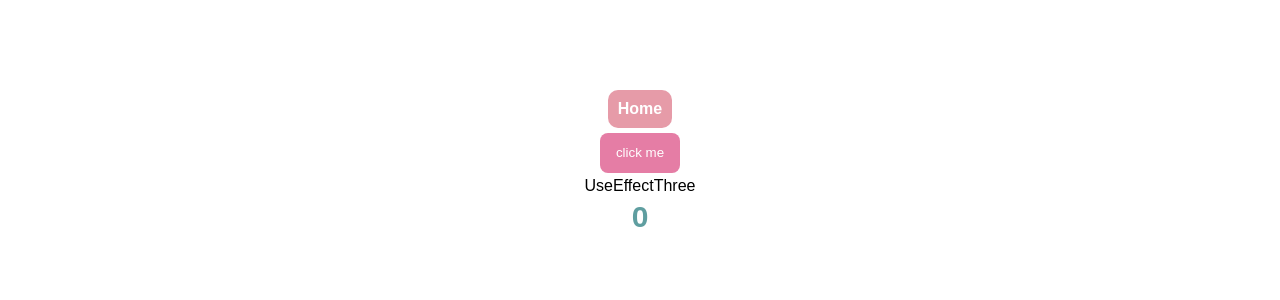
Repository: jjennbui/class8
Page: /useEffectThree
The author's editor kept a copy of each file at every save. The page is drawn from the files as they stood at one save, then again after the next save.
The browser window is 1280 px wide. The pictures show the whole page.
The project was rebuilt for these pictures with package versions that can differ from the ones it lists, and the page was loaded fresh each time. The framework's server and built-in components were replaced by stand-ins that run in the browser. Also part of the build but not shown: next.config.js.

Above is the page before, as saved 2023-02-20 18:12:16.

### pages/useEffectThree.js
import Link from "next/link"
import { use, useEffect, useState } from "react"
import styles from '@/styles/UseEffectThree.module.css'


export default function UseEffectThree(){
    const [number, setNumber] = useState (0);

    const [value, setValue] = useState (-10);

    useEffect(() => {
        setValue(value + 10)
    }, [number])

    return(
        <>
         <div className={styles.main}>
        <Link  className={styles.home} href="/">Home</Link>
        <div>
           <button className={styles.btn} onClick={() => setNumber(number + 1)}>click me</button>
        </div>
        <div>
            UseEffectThree
        </div>
        <div className={styles.number}>
        {value}
        </div>
        </div>
        </>
    )
}

### styles/globals.css
:root {

}

### styles/UseEffectThree.module.css
.main{
    font-family: Arial, Helvetica, sans-serif;
    display: flex;
    flex-direction: column;
    justify-content: space-between;
    align-items: center;
    padding: 5rem;
    min-height: 20vh;
    margin: 10px;

  }

  .number{
      font-weight: bold;
      color: cadetblue;
      font-size: 30px;
  }

  .home{
      color: white;
      text-decoration: none;
      font-family: Arial, Helvetica, sans-serif;
      font-weight: bold;
      background-color: rgb(230, 155, 168);
      padding: 10px;
      border-radius: 10px;
  }

  .btn{
      background-color: #e57da5;
      border-radius: 8px;
      border-style: none;
      color: #FFFFFF;
      height: 40px;
      padding: 10px 16px;
      text-align: center;
      text-decoration: none;
    }

Loaded but not shown: pages/_app.js (common file); pages/_document.js (common file)

After the next save:
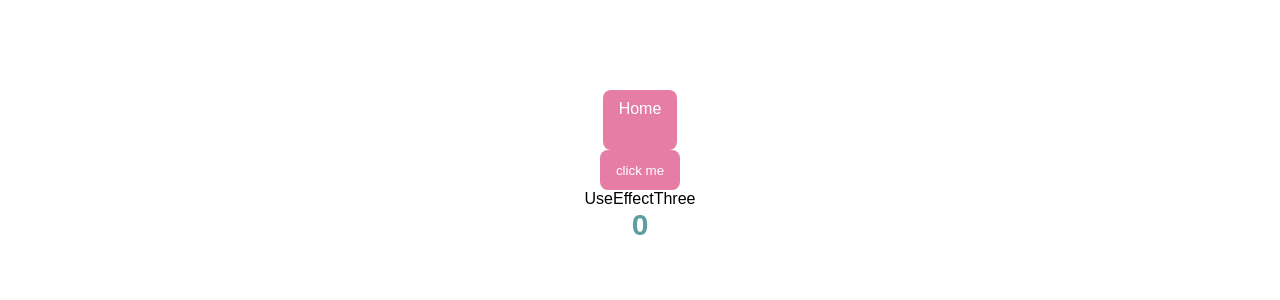
Saved 17 s later.
--- a/styles/UseEffectThree.module.css
+++ b/styles/UseEffectThree.module.css
@@ -17,13 +17,14 @@
   }
 
   .home{
-      color: white;
-      text-decoration: none;
-      font-family: Arial, Helvetica, sans-serif;
-      font-weight: bold;
-      background-color: rgb(230, 155, 168);
-      padding: 10px;
-      border-radius: 10px;
+    background-color: #e57da5;
+    border-radius: 8px;
+    border-style: none;
+    color: #FFFFFF;
+    height: 40px;
+    padding: 10px 16px;
+    text-align: center;
+    text-decoration: none;
   }
 
   .btn{

After the save that followed:
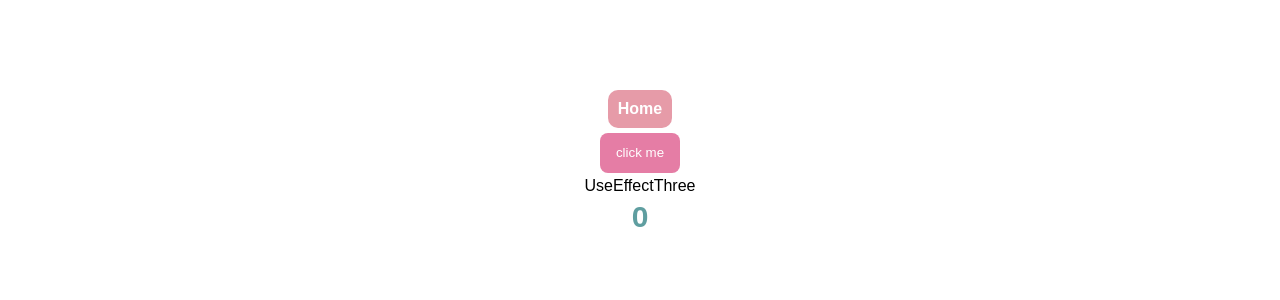
Saved 13 s later.
--- a/styles/UseEffectThree.module.css
+++ b/styles/UseEffectThree.module.css
@@ -17,14 +17,13 @@
   }
 
   .home{
-    background-color: #e57da5;
-    border-radius: 8px;
-    border-style: none;
-    color: #FFFFFF;
-    height: 40px;
-    padding: 10px 16px;
-    text-align: center;
-    text-decoration: none;
+      color: white;
+      text-decoration: none;
+      font-family: Arial, Helvetica, sans-serif;
+      font-weight: bold;
+      background-color: rgb(230, 155, 168);
+      padding: 10px;
+      border-radius: 10px;
   }
 
   .btn{
@@ -32,6 +31,7 @@
       border-radius: 8px;
       border-style: none;
       color: #FFFFFF;
+      font-weight: 500;
       height: 40px;
       padding: 10px 16px;
       text-align: center;
